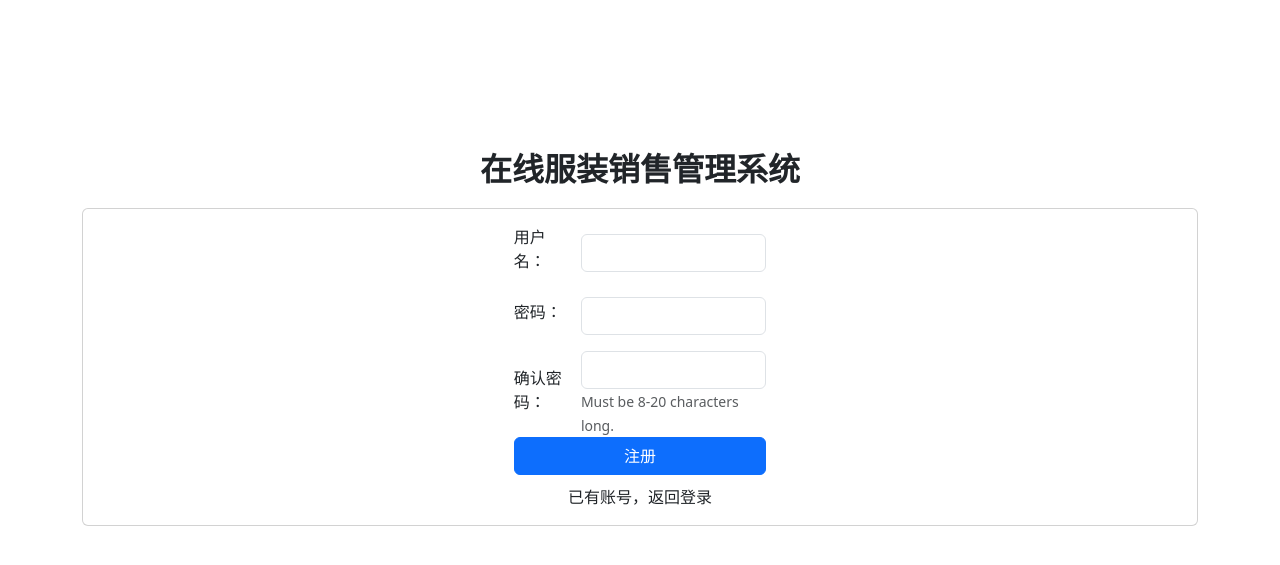
Repository: squawktop/CFS
Page: /user/register (app in web/)
An editor plug-in stored every save of this project. The page is shown before and after a run of saves, followed by the edit.
The browser window is 1280 px wide. The pictures show the whole page.
The project was rebuilt for these pictures with package versions that can differ from the ones it lists, and the page was loaded fresh each time. Also part of the build but not shown: web/vue.config.js, web/src/views/LoginView.vue, web/src/components/NavBar.vue, web/src/views/HomeView.vue, web/src/views/UsersManageView.vue, web/src/views/PersonalCenterView.vue, web/src/views/GoodsManageView.vue, web/src/views/OrdersManageView.vue and 1 more.

Above is the page before, as saved 2024-03-23 18:33:40.

After the next 3 saves:
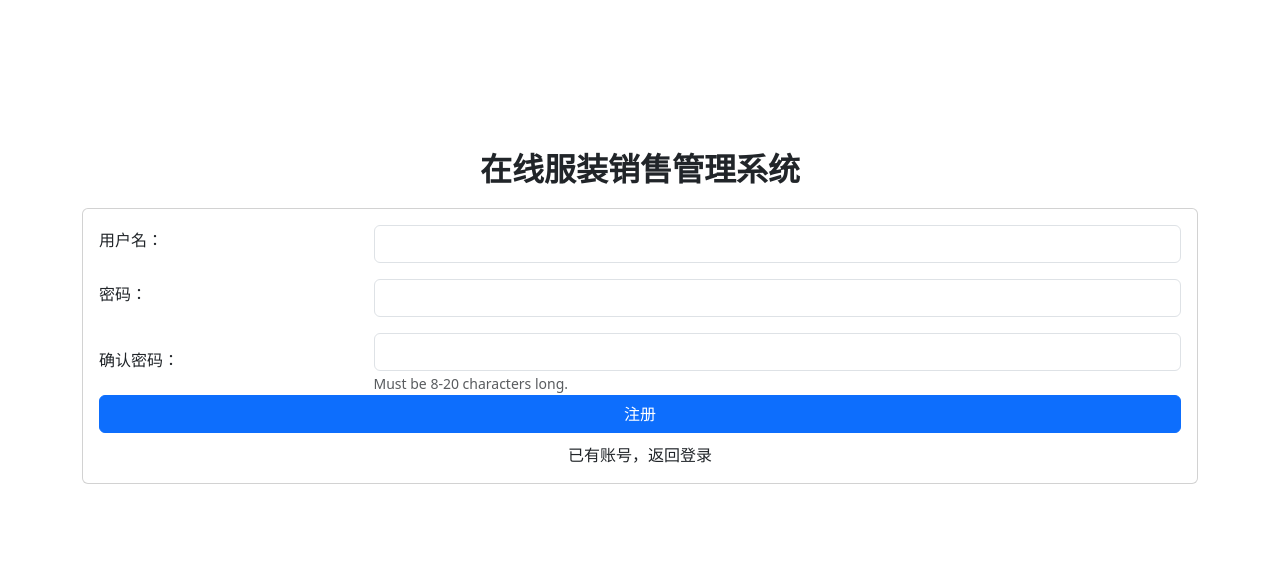
The 3 saves are shown as one change because they came seconds apart.
The last was saved 20 s later.
--- a/web/src/views/RegisterView.vue
+++ b/web/src/views/RegisterView.vue
@@ -3,7 +3,8 @@
         <h2>在线服装销售管理系统</h2>
         <ContentField>
             <div class="row justify-content-md-center">
-                <div class="col-3">
+                <div class="">
+                    <!-- col-3 -->
                     <form @submit.prevent="register">
                         <!-- <div class="mb-3">
                             <label for="username" class="form-label">用户名</label>
